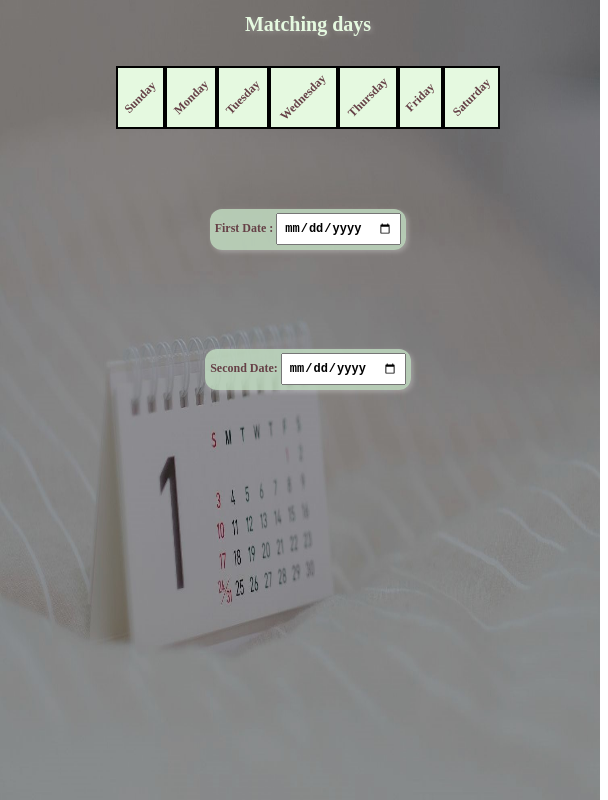
Repository: lasity34/matching-days
Page: index.html
The author's editor kept a copy of each file at every save. The page is drawn from the files as they stood at one save, then again after the next save.
The browser window is 600 px wide. The page is 608 px wide, so the pictures cover 608 px, including what lies to the right of the window. The pictures show the whole page.
Some web fonts or font styles are not loaded; a fallback is used. Some web libraries are served in a nearby version.

Above is the page before, as saved 2023-05-11 14:14:51.

After the next save:
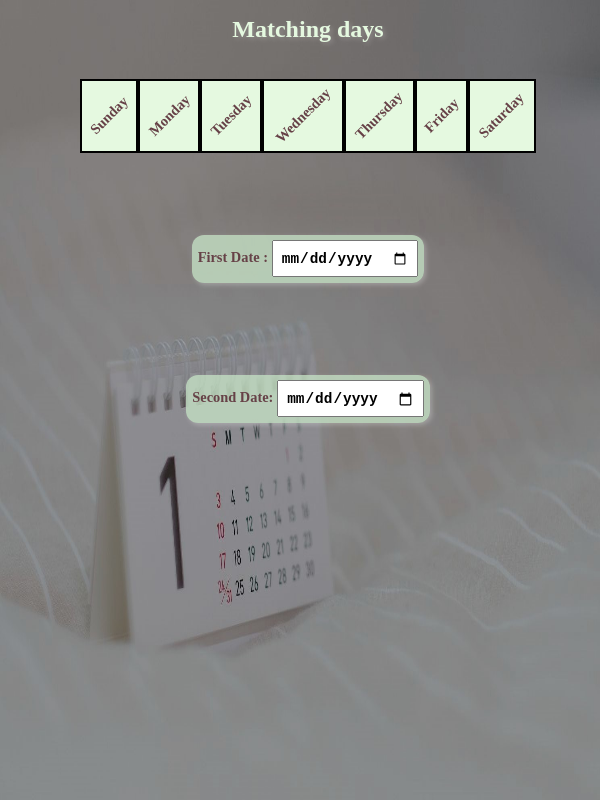
Saved 3 min 43 s later.
--- a/style.css
+++ b/style.css
@@ -74,6 +74,6 @@ input {
 
 @media (max-width: 700px) {
     html {
-        font-size: 10px;
+        font-size: 12px;
     }
 }
